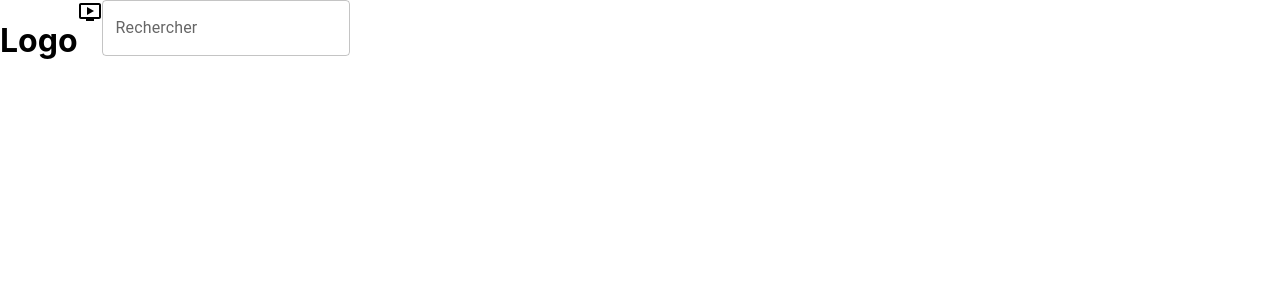
Repository: helmiz02/newproj
Page: /
An editor plug-in stored every save of this project. The page is shown before and after the next save, followed by the edit.
The browser window is 1280 px wide. The pictures show the whole page.
The project was rebuilt for these pictures with package versions that can differ from the ones it lists, and the page was loaded fresh each time. Also part of the build but not shown: src/App.css.

Above is the page before, as saved 2022-02-21 10:18:31.

After the next save:
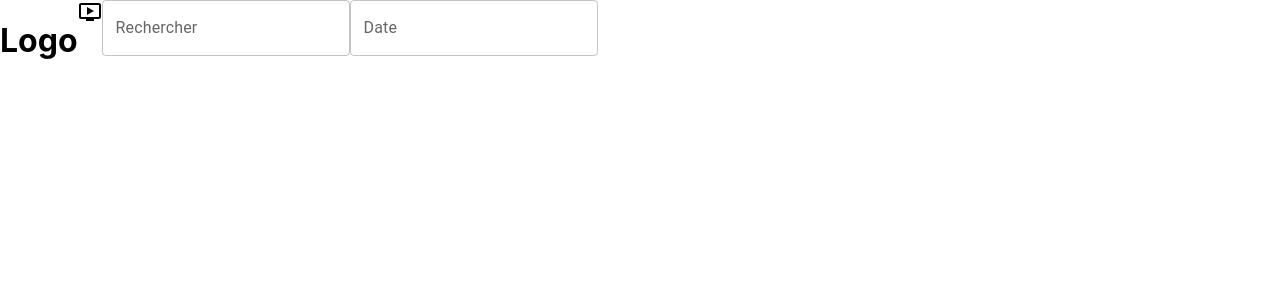
Saved 118 s later.
--- a/src/component/header/index.js
+++ b/src/component/header/index.js
@@ -13,7 +13,8 @@ export default function Header() {
 
       <div className="displayStyle">
       <TextField fullWidth label="Rechercher" id="Rechercher" />
-        <DatePickerComponent />
+      <TextField fullWidth label="Date" id="Date" />
+        {/* <DatePickerComponent /> */}
 
       </div>
     </div>
